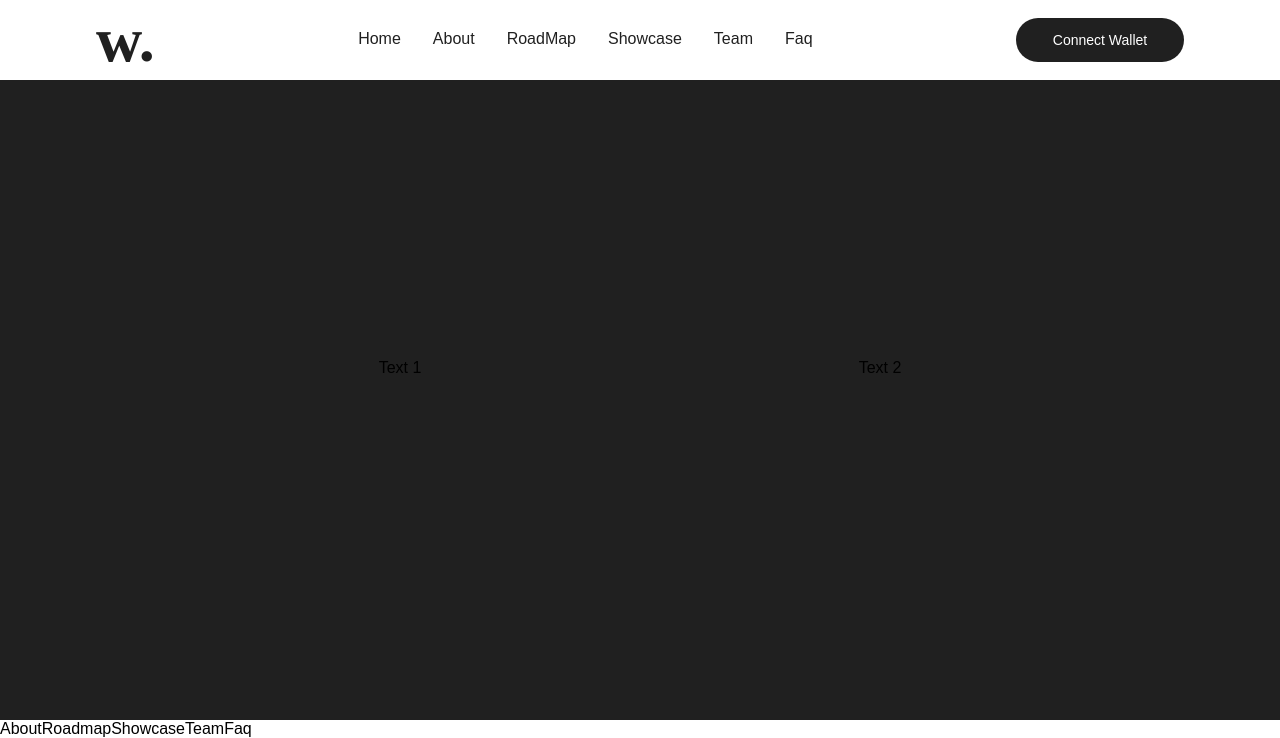
Repository: guilhermecardoso93/The-Weirdos-NFT-Website-Starter-Code
Page: /
The author's editor kept a copy of each file at every save. The page is drawn from the files as they stood at one save, then again after a run of saves.
The browser window is 1280 px wide. The pictures show the whole page.
Some web fonts or font styles are not loaded; a fallback is used. The project was rebuilt for these pictures with package versions that can differ from the ones it lists, and the page was loaded fresh each time.

Above is the page before, as saved 2023-11-27 21:18:14.

After the next 3 saves:
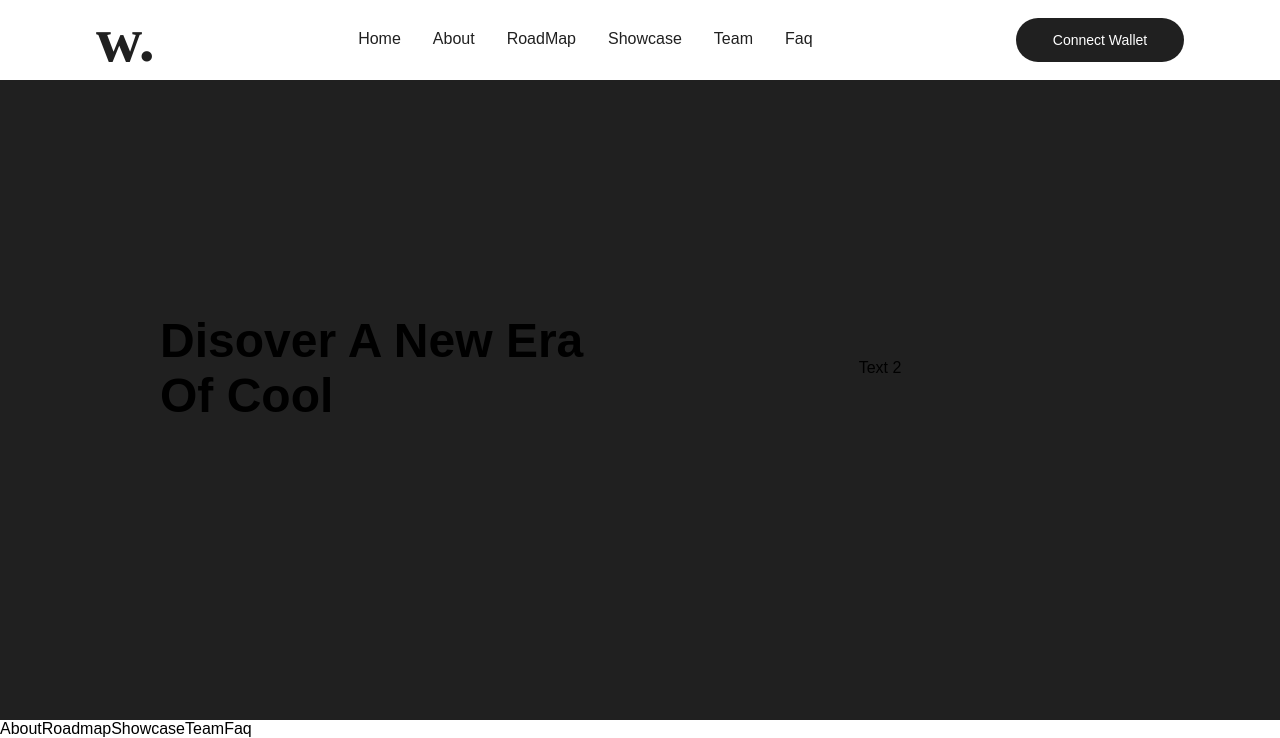
The 3 saves are shown as one change because 2 did not build or start.
The last was saved 100 s later.
--- a/src/sections/Home/index.jsx
+++ b/src/sections/Home/index.jsx
@@ -1,10 +1,13 @@
+import { TypeWriter } from "../../components/TypeWriter";
 import { Section, Container, Box } from "./style";
 
 export function Home() {
   return (
     <Section>
       <Container>
-        <Box>Text 1</Box>
+        <Box>
+          <TypeWriter />
+        </Box>
         <Box>Text 2</Box>
       </Container>
     </Section>
